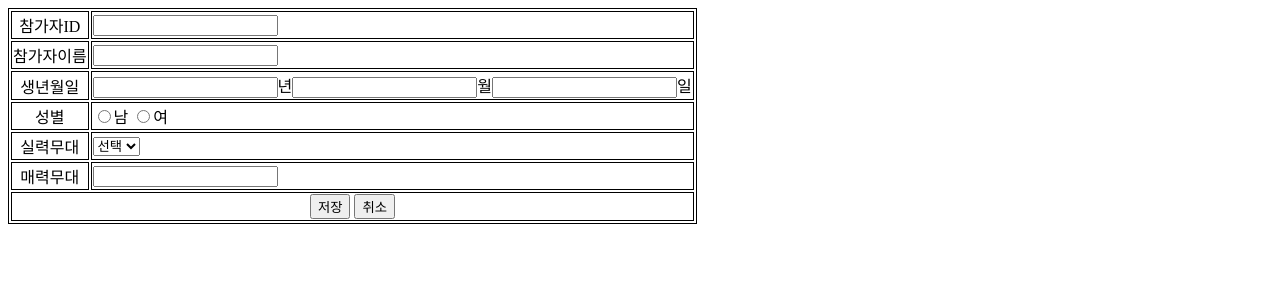
Repository: khs220507/WebClass
Page: prj0828/src/main/webapp/Audition/register.html
These files come from the project's save history. The page is drawn as it stood at one moment and after the next save; the edit follows.
The browser window is 1280 px wide. The pictures show the whole page.

Above is the page before, as saved 2023-08-28 08:08:29.

After the next save:
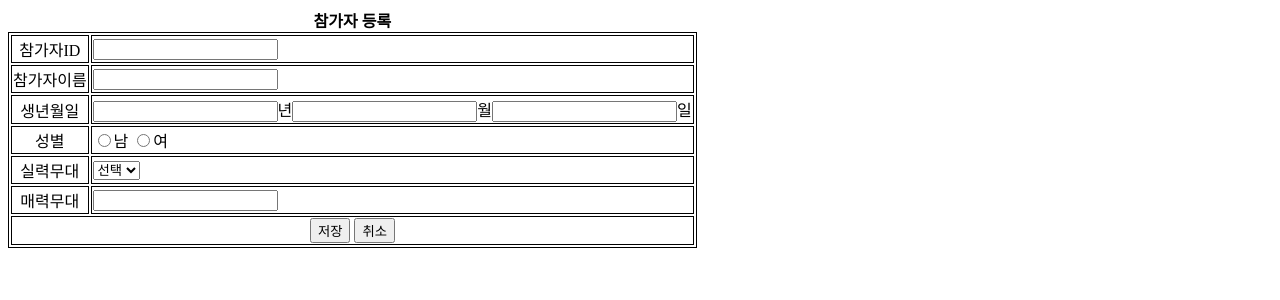
Saved 26 s later.
--- a/prj0828/src/main/webapp/Audition/register.html
+++ b/prj0828/src/main/webapp/Audition/register.html
@@ -7,6 +7,7 @@
 </head>
 <body>
 	<table>
+		<caption><strong>참가자 등록</strong></caption>
 		<tr>
 			<td>참가자ID</td>
 			<td><input type="text"></td>
